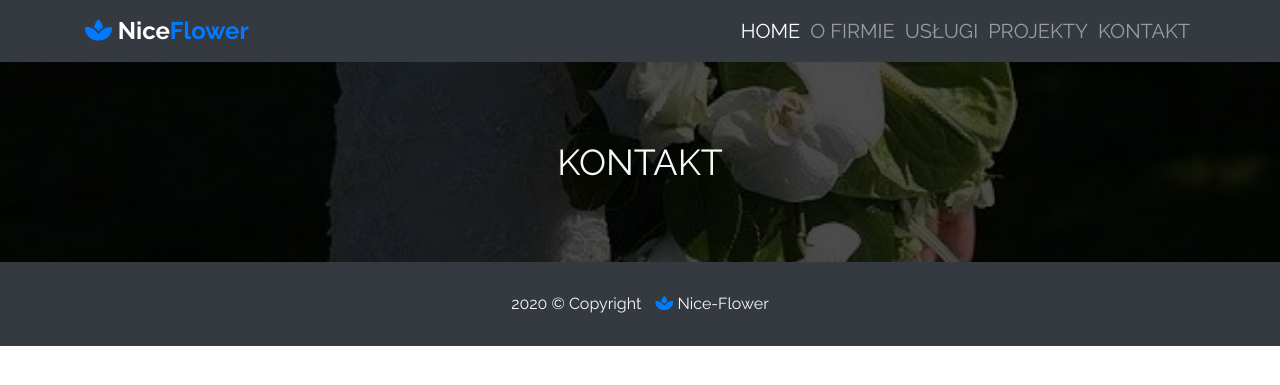
Repository: KrzysKolo/Projekt-13_Kwiaciarnia
Page: contact.html
The author's editor kept a copy of each file at every save. The page is drawn from the files as they stood at one save, then again after the next save.
The browser window is 1280 px wide. The pictures show the whole page.
Some web libraries are served in a nearby version.

Above is the page before, as saved 2020-08-11 12:42:26.

### contact.html
<!DOCTYPE html>
<html lang="pl">
  <head>
    <meta charset="UTF-8" />
    <meta name="viewport" content="width=device-width, initial-scale=1.0" />
    <title>Nice-Flower</title>
    <script
      src="https://kit.fontawesome.com/21efeaf281.js"
      crossorigin="anonymous"
    ></script>

    <link
      rel="stylesheet"
      href="https://stackpath.bootstrapcdn.com/bootstrap/4.5.0/css/bootstrap.min.css"
      integrity="sha384-9aIt2nRpC12Uk9gS9baDl411NQApFmC26EwAOH8WgZl5MYYxFfc+NcPb1dKGj7Sk"
      crossorigin="anonymous"
    />
    <link
      href="https://fonts.googleapis.com/css2?family=Raleway:wght@400;700&display=swap"
      rel="stylesheet"
    />
    <link rel="stylesheet" href="style.css" />
  </head>
  <body>
    <nav class="navbar navbar-expand-lg navbar-dark bg-dark py-3">
      <div class="container">
        <a class="navbar-brand" href="index.html"
          ><i class="fas fa-spa text-primary"></i> Nice<span
            class="text-primary"
            >Flower</span
          ></a
        >
        <button
          class="navbar-toggler border-0"
          type="button"
          data-toggle="collapse"
          data-target="#navbarNavAltMarkup"
          aria-controls="navbarNavAltMarkup"
          aria-expanded="false"
          aria-label="Toggle navigation"
        >
          <i class="fas fa-bars px-4"></i>
        </button>
        <div class="collapse navbar-collapse" id="navbarNavAltMarkup">
          <div class="navbar-nav ml-auto">
            <a class="nav-link active" href="index.html">Home </a>
            <a class="nav-link" href="abouteus.html">O firmie</a>
            <a class="nav-link" href="services.html"> Usługi</a>
            <a class="nav-link" href="projects.html">Projekty</a>
            <a class="nav-link" href="#"
              ><span class="sr-only">(current)</span>Kontakt</a
            >
          </div>
        </div>
      </div>
    </nav>

    <!-- MAIN -->
    <main>
      <section class="top-hero contact-hero">
        <div class="hero-shadow"></div>
        <p class="top-hero-text text-light">Kontakt</p>
      </section>
    </main>
    <footer class="bg-dark text-light">
      <p class="py-5 px-3 mb-0 text-center">
        2020 &copy; Copyright
        <i class="ml-3 fas fa-spa text-primary"></i> Nice-Flower
      </p>
    </footer>
    <script
      src="https://code.jquery.com/jquery-3.5.1.slim.min.js"
      integrity="sha384-DfXdz2htPH0lsSSs5nCTpuj/zy4C+OGpamoFVy38MVBnE+IbbVYUew+OrCXaRkfj"
      crossorigin="anonymous"
    ></script>
    <script
      src="https://cdn.jsdelivr.net/npm/popper.js@1.16.0/dist/umd/popper.min.js"
      integrity="sha384-Q6E9RHvbIyZFJoft+2mJbHaEWldlvI9IOYy5n3zV9zzTtmI3UksdQRVvoxMfooAo"
      crossorigin="anonymous"
    ></script>
    <script
      src="https://stackpath.bootstrapcdn.com/bootstrap/4.5.0/js/bootstrap.min.js"
      integrity="sha384-OgVRvuATP1z7JjHLkuOU7Xw704+h835Lr+6QL9UvYjZE3Ipu6Tp75j7Bh/kR0JKI"
      crossorigin="anonymous"
    ></script>
  </body>
</html>

### style.css
* {
  box-sizing: border-box;
  margin: 0;
  padding: 0;
}
html {
  font-size: 62.5%;
}
body {
  font-family: "Raleway", sans-serif;
  font-size: 1.6rem;
}
.hero-shadow {
  position: absolute;
  top: 0;
  width: 100%;
  height: 100%;
  background-color: rgba(0, 0, 0, 0.7);
  z-index: -1;
}
.additional-text {
  font-size: 1.8rem;
}
.top-hero {
  position: relative;
  height: 20rem;
  background-size: cover;
  z-index: 0;
}
.top-hero-text {
  display: flex;
  justify-content: center;
  align-items: center;
  height: 100%;
  font-size: 3.6rem;
  text-transform: uppercase;
}
/* ----------- */
/*  nawigacja  */
/* ----------- */
nav {
  font-size: 2rem;
  text-transform: uppercase;
}
.navbar-toggler {
  font-size: 3rem;
}
.navbar-brand {
  font-size: 2.4rem;
  font-weight: bold;
  text-transform: none;
}
/* ----------- */
/*    header   */
/* ----------- */
header {
  font-size: 2rem;
}
.carousel-item {
  position: relative;
  height: 400px;
  background-position: center;
  background-size: cover;
  z-index: 0;
}
.carousel-img-one {
  background-image: url("./img/b1m.jpg");
}
.carousel-img-two {
  background-image: url("./img/b2m.jpg");
}
.carousel-img-three {
  background-image: url("./img/b4m.jpg");
}
/* ----------- */
/*     main    */
/* ----------- */
.home-boxes {
  padding: 5rem 0;
}
.home-box i {
  font-size: 4rem;
}
.home-box h3 {
  font-size: 2.6rem;
}
/* ----------- */
.home-passion {
  position: relative;
  height: 350px;
  background-image: url("./img/b8m.jpg");
  background-position: center;
  background-size: cover;
  z-index: 0;
}
/* ----------- */
.home-brand h3 {
  font-size: 3rem;
  font-weight: bold;
}
/* ----------- */
/*   aboutus   */
/* ----------- */
.aboutus-hero {
  background-image: url("./img/obrazek1.jpg");
  background-position: bottom;
}
/* ----------- */
.aboutus-top .display-3 {
  text-transform: uppercase;
}
/* ----------- */
.aboutus-info {
  background-color: rgba(0, 0, 0, 0.3);
}
.aboutus-info .container {
  padding: 2em 0.5em;
}
.aboutus-text {
  padding: 1.8rem;
}
.aboutus-text h3 {
  margin-bottom: 0.5em;
  font-size: 2.6rem;
  text-transform: uppercase;
  font-weight: bold;
  text-decoration: underline #007bff;
}
.abouts-text-right {
  text-align: right;
}
.aboutus-img {
  height: 300px;
  background-image: url("./img/b5m.jpg");
  background-position: center;
  background-size: cover;
}
/* ----------- */
.aboutus-bottom i {
  font-size: 3rem;
}
.aboutus-bottom h3 {
  font-size: 2.2rem;
  font-weight: bold;
}
/* ----------- */
/*    usługi   */
/* ----------- */
.service-hero {
  background-image: url("./img/pm.jpg");
  background-position: 0 50%;
}
/* ----------- */
.service-hero-box {
  position: relative;
  height: 300px;
  background-size: cover;
  z-index: 0;
}
.service-hero-box p {
  display: flex;
  justify-content: center;
  align-items: center;
  font-size: 3rem;
  text-transform: uppercase;
}
.service-pricing .box-one {
  background-image: url("./img/b2m.jpg");
}
.service-pricing .box-two {
  background-image: url("./img/bsm.jpg");
}
.service-pricing .box-three {
  background-image: url("./img/wm.jpg");
}
.service-pricing .box-four {
  background-image: url("./img/rdm.jpg");
}
.service-pricing .card-header {
  font-size: 2rem;
  cursor: pointer;
}
.service-pricing h3 {
  font-weight: bold;
}
.service-pricing .btn {
  font-size: 1.6rem;
  text-transform: uppercase;
}
/* ----------- */
/*   projekty  */
/* ----------- */
.projects-hero {
  background-image: url("./img/b3m.jpg");
  background-position: center;
}
.projects img {
  height: 240px;
  object-fit: cover;
}
.projects .btn {
  font-size: 1.4rem;
  text-transform: uppercase;
}
/* ----------- */
/*    kontakt  */
/* ----------- */
.contact-hero {
  background-image: url("./img/obrazek2.jpg");
  background-position: center;
}
/* ----------- */
/*    footer   */
/* ----------- */
footer {
  font-size: 1.6rem;
}
@media (min-width: 992px) {
  .aboutus-info .container {
    padding: 0;
  }
  .aboutus-shadow {
    box-shadow: inset 0 5px 10px -5px rgba(0, 0, 0, 0.4);
  }
  .aboutus-text {
    padding: 5em 0;
    transform: skew(-15deg);
  }
  .abouts-text-left {
    padding-right: 2em;
    text-align: right;
  }
  .abouts-text-right {
    padding-left: 2em;
    text-align: left;
  }
  .aboutus-img {
    height: auto;
    transform: skew(-15deg);
  }
}
@media (min-width: 1400px) {
  .carousel-item {
    height: 600px;
  }
  .carousel-img-one {
    background-image: url("./img/b1.jpg");
  }
  .carousel-img-two {
    background-image: url("./img/b2.jpg");
  }
  .carousel-img-three {
    background-image: url("./img/b4.jpg");
  }
}

After the next save:
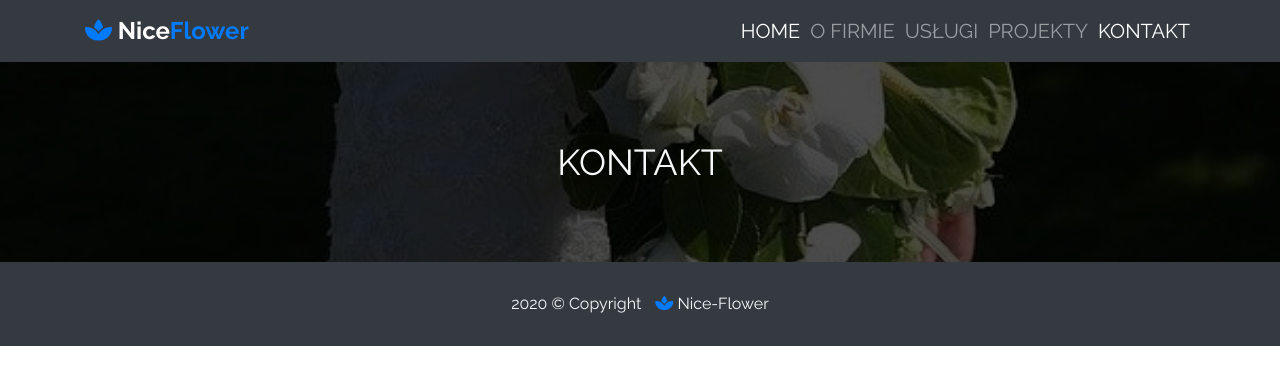
Saved 3 min 1 s later.
--- a/contact.html
+++ b/contact.html
@@ -47,7 +47,7 @@
             <a class="nav-link" href="abouteus.html">O firmie</a>
             <a class="nav-link" href="services.html"> Usługi</a>
             <a class="nav-link" href="projects.html">Projekty</a>
-            <a class="nav-link" href="#"
+            <a class="nav-link active" href="#"
               ><span class="sr-only">(current)</span>Kontakt</a
             >
           </div>
